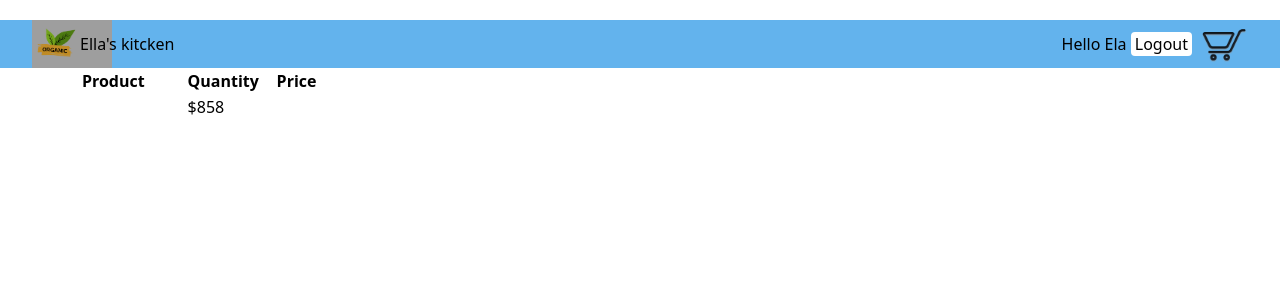
Repository: dgmihaela/eshop-counter
Page: / (app in eshop-counter/old/my-app/), after clicking the first element matching `button.bg-contain`
An editor plug-in stored every save of this project. The page is shown before and after the next save, followed by the edit.
The browser window is 1280 px wide. The pictures show the whole page.
Pictures or frames that could not be fetched are drawn as grey boxes. The page's requests for data from a server got no answer. The project was rebuilt for these pictures with package versions that can differ from the ones it lists, and the page was loaded fresh each time. No one was signed in, and anything a server would have sent is missing. Also part of the build but not shown: eshop-counter/old/my-app/src/components/LeftSideCategory.js, eshop-counter/old/my-app/src/components/Product.js, eshop-counter/old/my-app/src/components/RightSideProducts.js, eshop-counter/old/my-app/src/components/Category.js.

Above is the page before, as saved 2021-01-06 17:18:11.

After the next save:
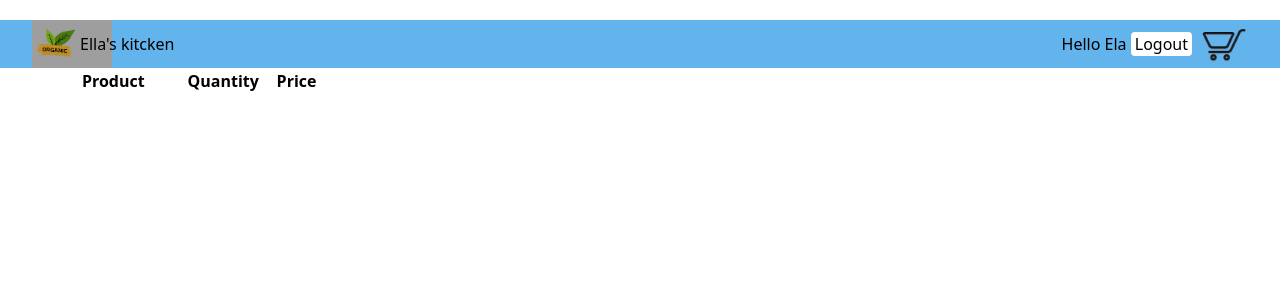
Saved 2 min 50 s later.
--- a/eshop-counter/old/my-app/src/components/CartContainer.js
+++ b/eshop-counter/old/my-app/src/components/CartContainer.js
@@ -21,7 +21,29 @@ const CartContainer = () => {
 
     const productsinCart = products.map((prod,i) => {
         if(prod.quantity > 0){
-            return <td key={i}> {prod.title}</td>
+            return(
+
+                    <tr key={i}>
+                        <td >{prod.title}</td>
+                        <td>
+                            {/* <div>
+                                <div className='btns-counter h-12 box-border flex flex-wrap content-start'>
+                                    <button type='button' onClick={decrementAction } className='inline-block rounded rounded-r-none w-12 h-12 bg-gray-200 pl-3 pt-1.5 hover:bg-gray-300' >
+                                        <div className='w-6 h-6 bg-no-repeat bg-contain' style={{backgroundImage: `url(${minus})`}}></div>
+                                    </button>
+                                    <p className='inline-block w-12 h-12 text-center bg-gray-100 leading-10 '> <span>{thisCount}</span></p>
+                                    <button type='button' onClick={incrementAction} className='inline-block rounded rounded-l-none w-12 h-12 bg-gray-200 pl-3 pt-1.5 hover:bg-gray-300' >
+                                        <div className='w-6 h-6 bg-no-repeat bg-contain' style={{backgroundImage: `url(${plus})`}}></div>
+                                    </button>
+                                </div>
+                            </div> */}
+                        </td>
+                        <td>&#36;{prod.totalCost}</td>
+                    </tr>
+
+            )
+
+
         }
     })
 
@@ -36,23 +58,7 @@ const CartContainer = () => {
                     </tr>
                 </thead>
                 <tbody>
-                    <tr>
-                   { productsinCart}
-                        <td>
-                            {/* <div>
-                                <div className='btns-counter h-12 box-border flex flex-wrap content-start'>
-                                    <button type='button' onClick={decrementAction } className='inline-block rounded rounded-r-none w-12 h-12 bg-gray-200 pl-3 pt-1.5 hover:bg-gray-300' >
-                                        <div className='w-6 h-6 bg-no-repeat bg-contain' style={{backgroundImage: `url(${minus})`}}></div>
-                                    </button>
-                                    <p className='inline-block w-12 h-12 text-center bg-gray-100 leading-10 '> <span>{thisCount}</span></p>
-                                    <button type='button' onClick={incrementAction} className='inline-block rounded rounded-l-none w-12 h-12 bg-gray-200 pl-3 pt-1.5 hover:bg-gray-300' >
-                                        <div className='w-6 h-6 bg-no-repeat bg-contain' style={{backgroundImage: `url(${plus})`}}></div>
-                                    </button>
-                                </div>
-                            </div> */}
-                        </td>
-                        <td>&#36;858</td>
-                    </tr>
+               { productsinCart}
                 </tbody>
                 </table>
         </div>
